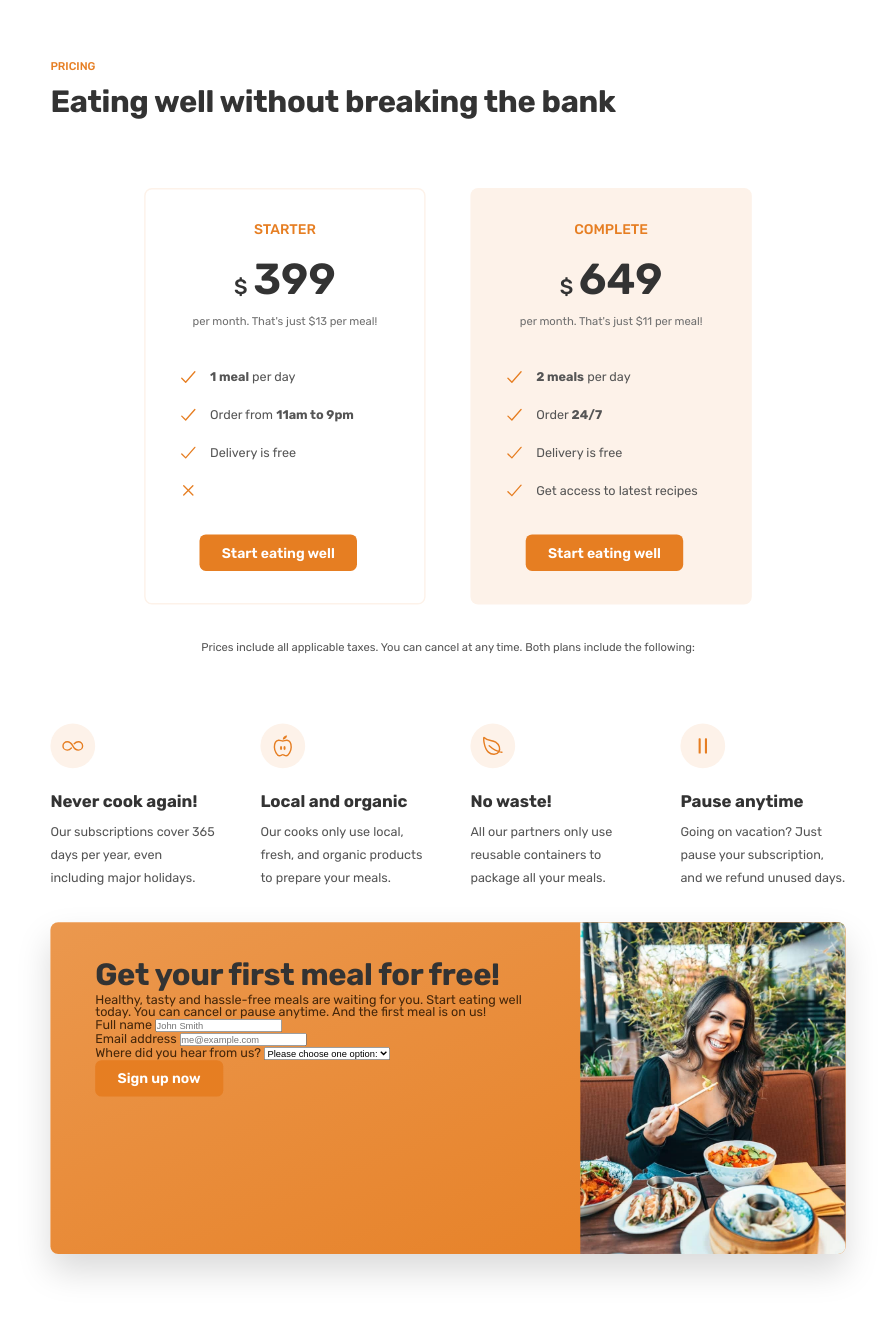
Repository: longvuht/omnifood-vu-nl
Page: index.html
These files come from the project's save history. The page is drawn as it stood at one moment and after the next save; the edit follows.
The browser window is 1280 px wide. The pictures show the part of the page from y = 4521 to 6441 px (the page is 6441 px tall), at 70% of full size.
The style sheet was rebuilt from its Sass, Less or Tailwind sources for each picture, by a compiler version that may differ from the author's.

Above is the page before, as saved 2022-09-20 18:39:12.

After the next save:
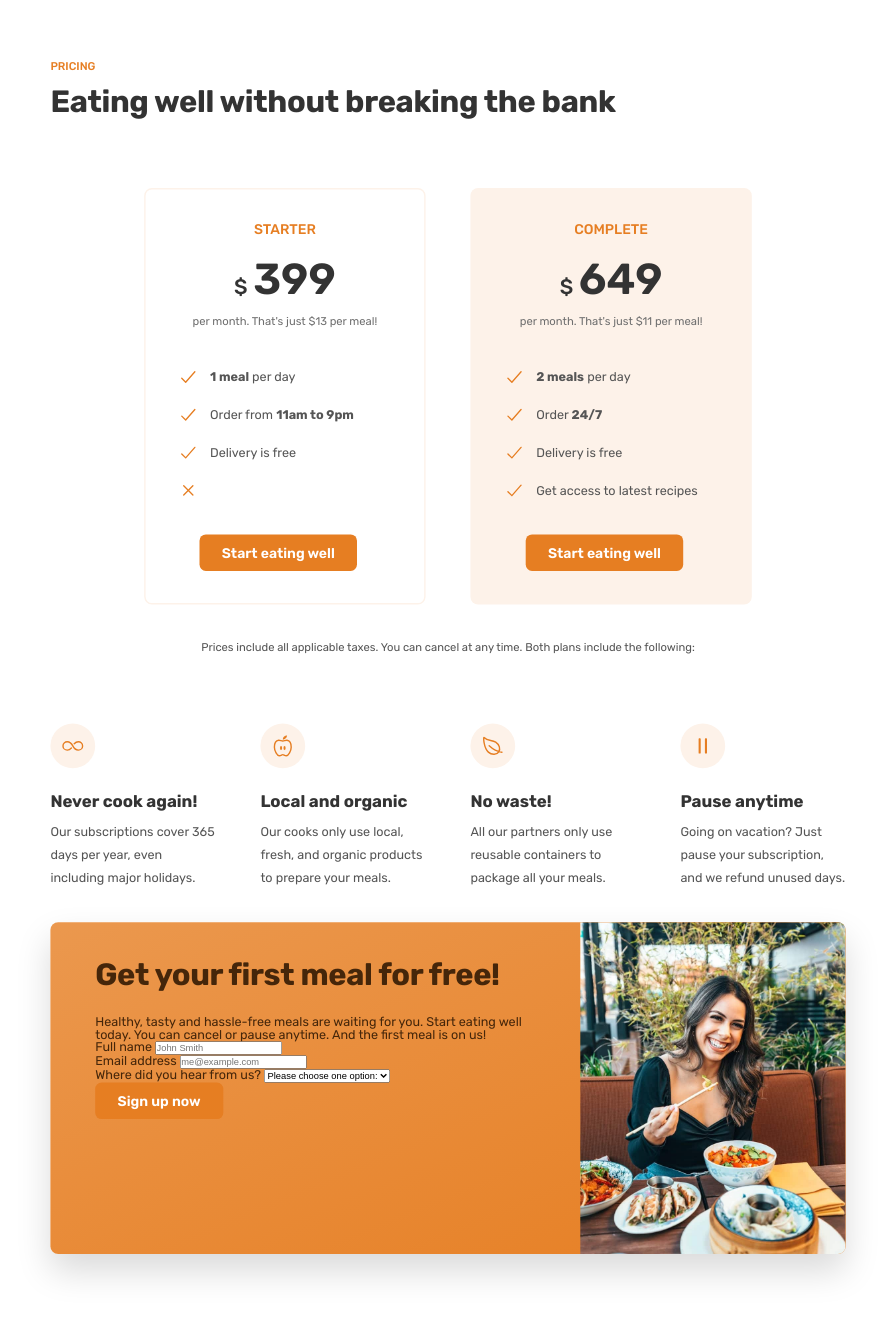
Saved 17 s later.
--- a/sass/_cta.scss
+++ b/sass/_cta.scss
@@ -13,5 +13,7 @@
     color: $text-cta-color;
   }
   &__heading {
+    color: inherit;
+    margin-bottom: 3.2rem;
   }
 }
